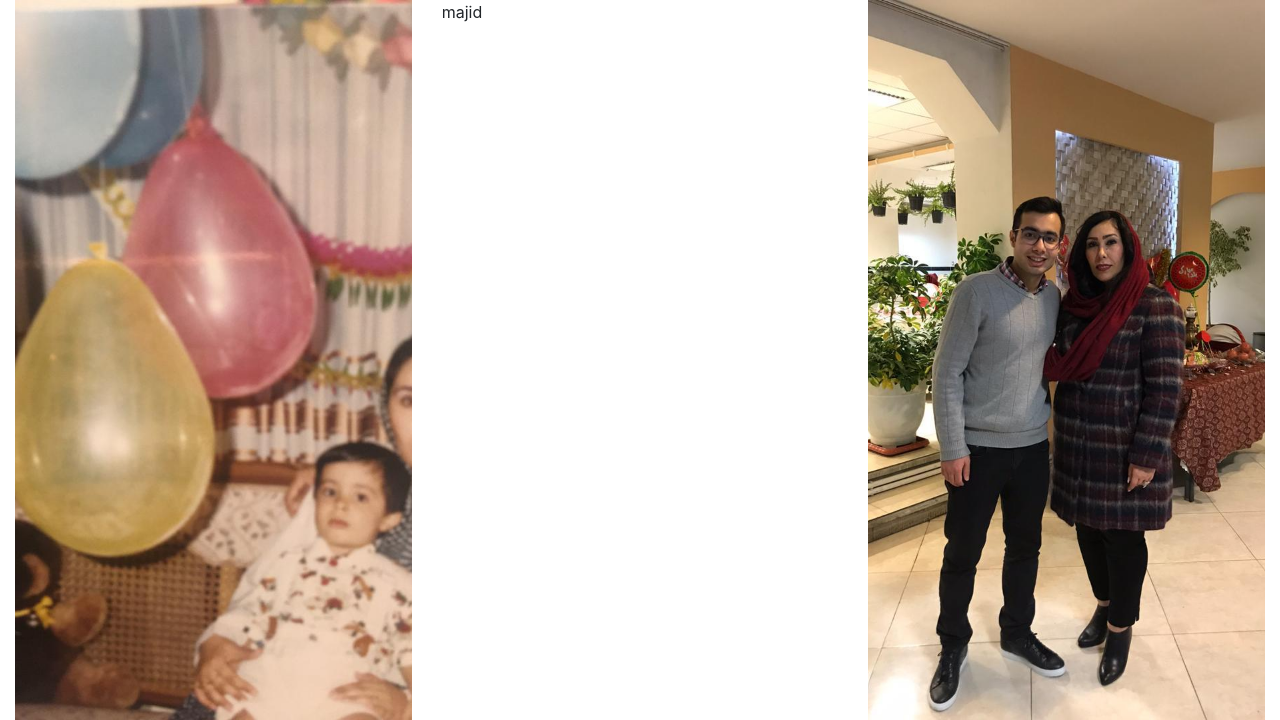
Repository: mirfarzam/mirfarzam.github.io
Page: khalelila/index.html
These files come from the project's save history. The page is drawn as it stood at one moment and after the next save; the edit follows.
The browser window is 1280 px wide. The pictures show the whole page.

Above is the page before, as saved 2020-04-30 21:13:56.

After the next save:
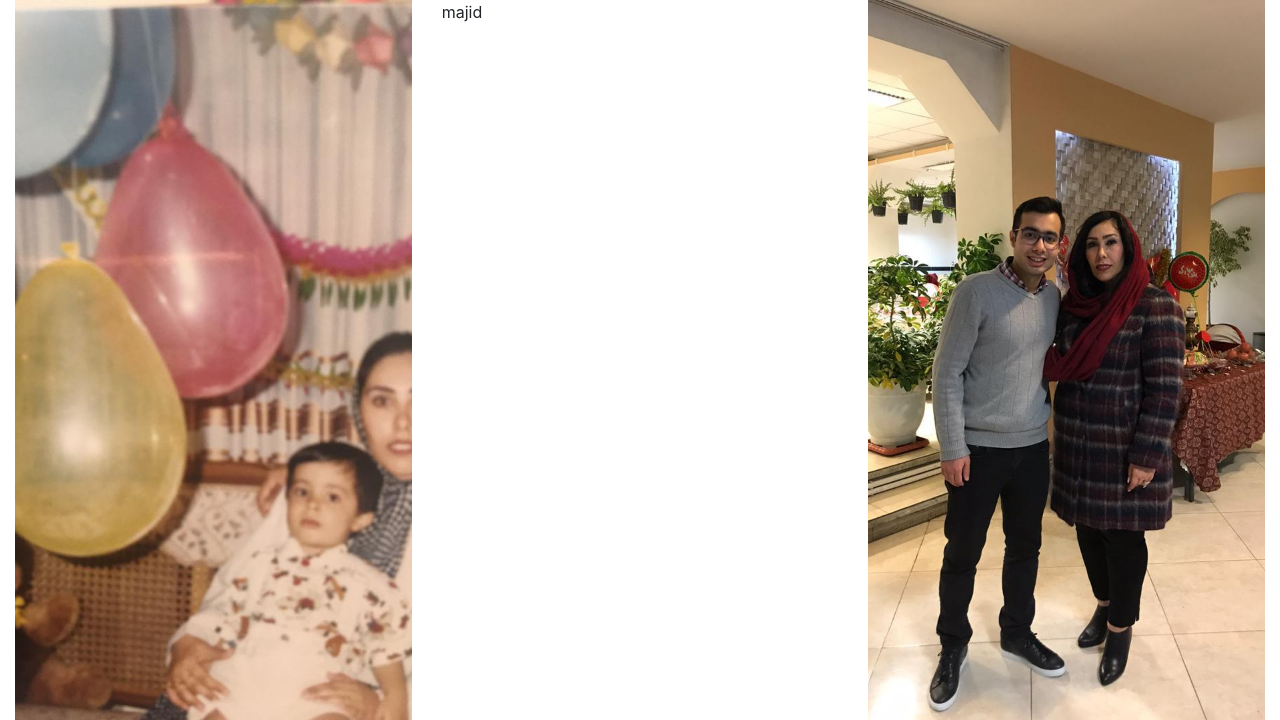
Saved 1 s later.
--- a/khalelila/index.html
+++ b/khalelila/index.html
@@ -35,7 +35,7 @@
 <body>
 <section class="container-fluid maincontrainer">
     <div class="row">
-        <div class="col-sm-4"><img style=""src="old.jpeg"></div>
+        <div class="col-sm-4"><img style=" object-position: -100px;"src="old.jpeg"></div>
         <div class="col-sm-4">majid</div>
         <div class="col-sm-4"><img src="new.jpeg"></div>
     </div>
